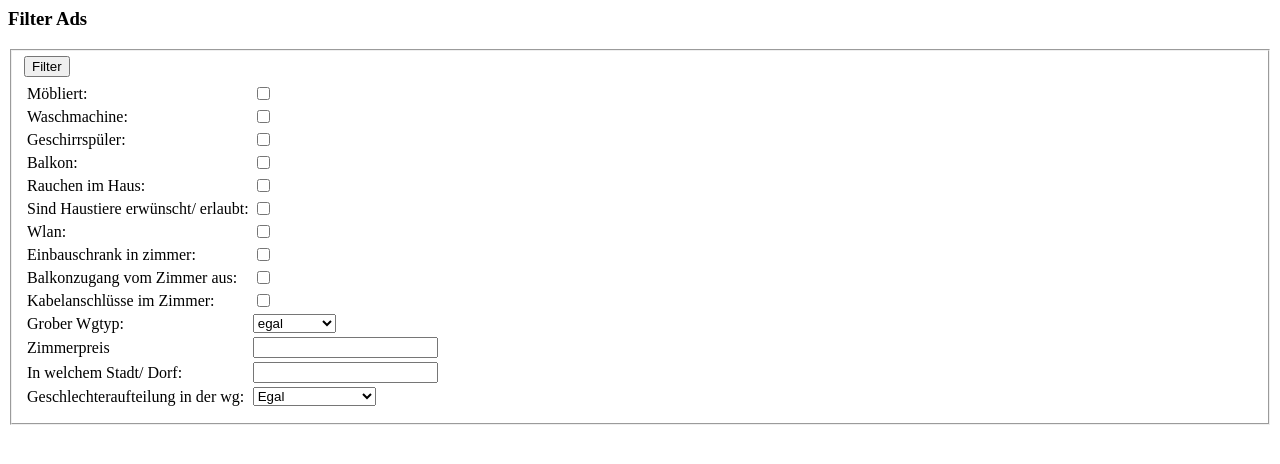
Repository: ese-unibe-ch/ese2014-team2
Page: http://localhost/Skeleton/pages/template/filter.jsp
The author's editor kept a copy of each file at every save. The page is drawn from the files as they stood at one save, then again after the next save.
The browser window is 1280 px wide. The pictures show the whole page.
The page is served by Tomcat 9. Nobody is signed in. The application's start-up code is not run. The template is opened directly, without the code that normally fills it, so the values that code supplies are empty.

Above is the page before, as saved 2014-10-30 16:59:17.

After the next save:
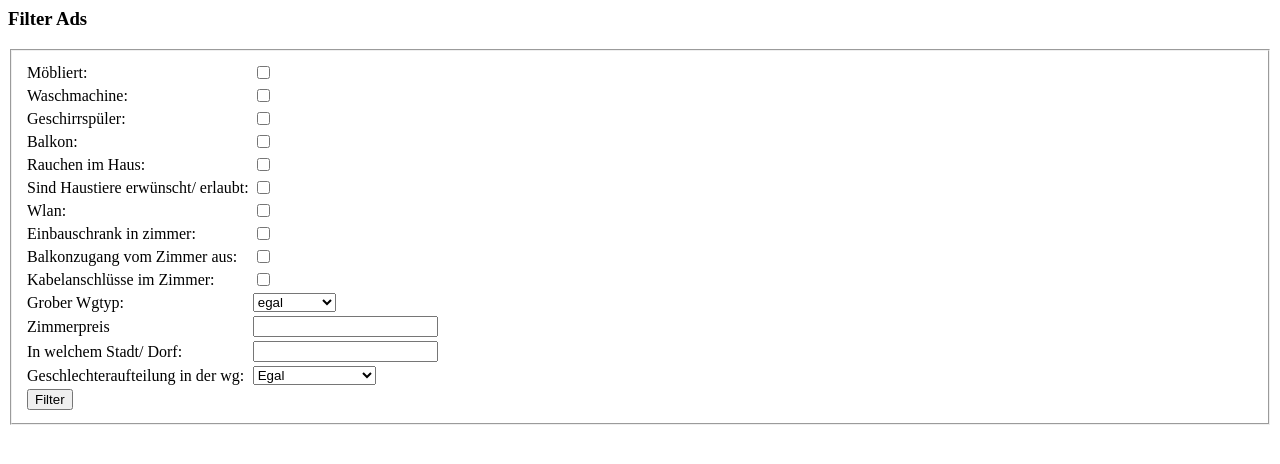
Saved 26 s later.
--- a/Skeleton/src/main/webapp/pages/template/filter.jsp
+++ b/Skeleton/src/main/webapp/pages/template/filter.jsp
@@ -182,34 +182,34 @@
 				</tr>
 
 				<tr>
+					<td><button type="submit" class="btn btn-primary">Filter</button></td>
 					<td></td>
-					<td></td>
-				</tr>
-
-
-
-
-
-
-
-
-
-
-
-
-
-
-
-
-
-
-
-
-
-
-
-
-					 		<button type="submit" class="btnpink">Filter</button>
+				</tr>
+
+
+
+
+
+
+
+
+
+
+
+
+
+
+
+
+
+
+
+
+
+
+
+
+
 						</div>
 			</table>
 		</fieldset>
